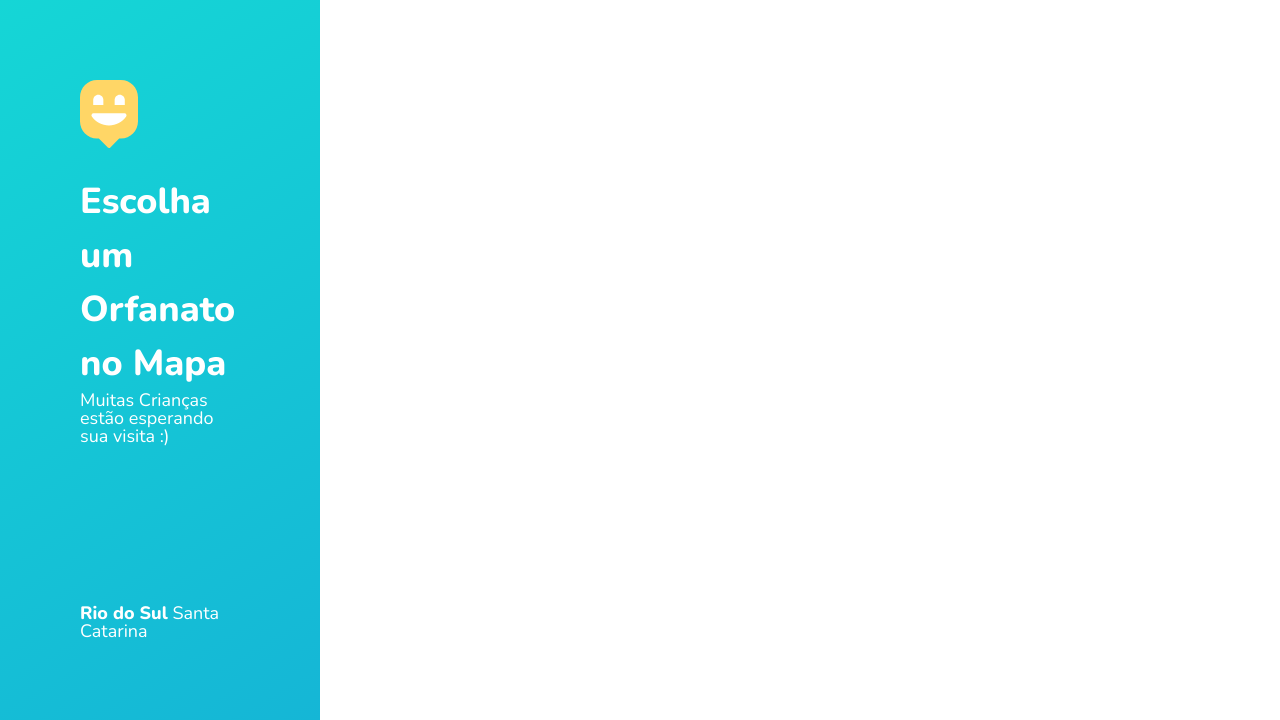
Repository: TeoNogueira/nlw3-rocketseatproject
Page: orphanages.html
The author's editor kept a copy of each file at every save. The page is drawn from the files as they stood at one save, then again after the next save.
The browser window is 1280 px wide. The pictures show the whole page.

Above is the page before, as saved 2020-10-13 17:05:31.

After the next save:
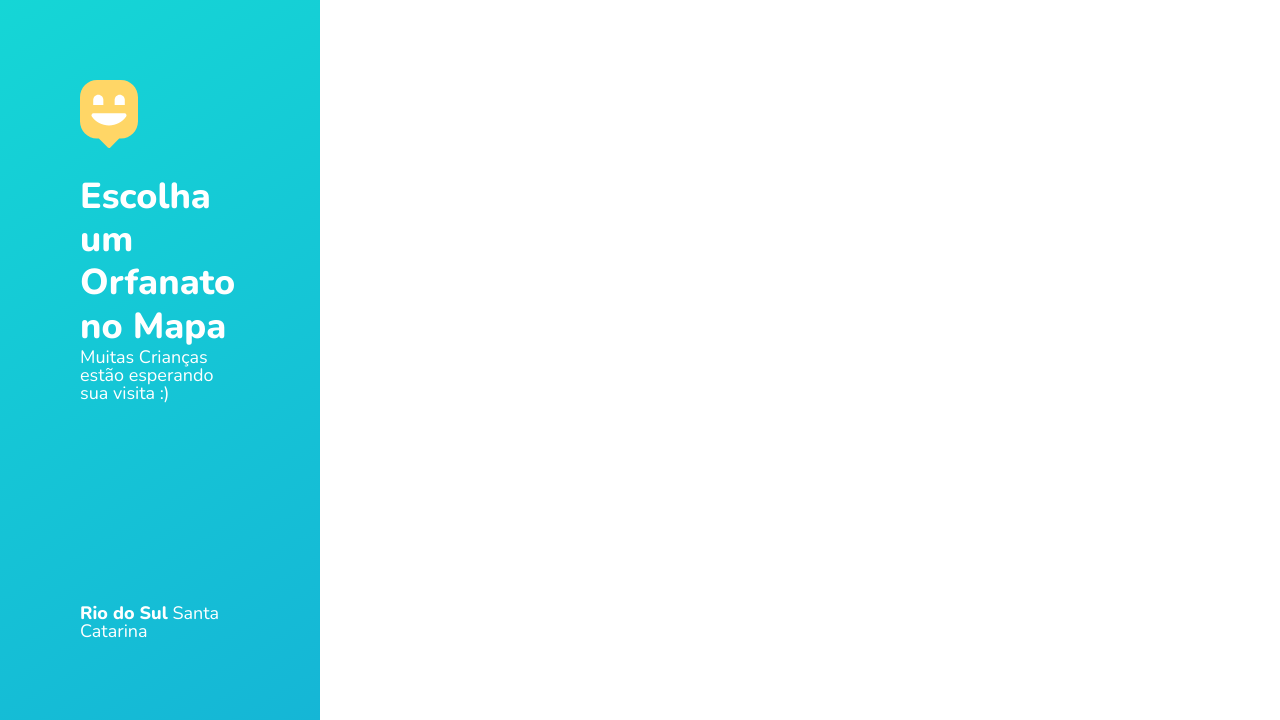
Saved 108 s later.
--- a/public/css/page-orphanages.css
+++ b/public/css/page-orphanages.css
@@ -22,7 +22,7 @@
 }
 
 aside h2 { margin-top: 2.4rem;
-    font: 800 3.6rem/1.5 'Nunito', sans-serif;
+    font: 800 3.6rem/1.2 'Nunito', sans-serif;
 
 
 
